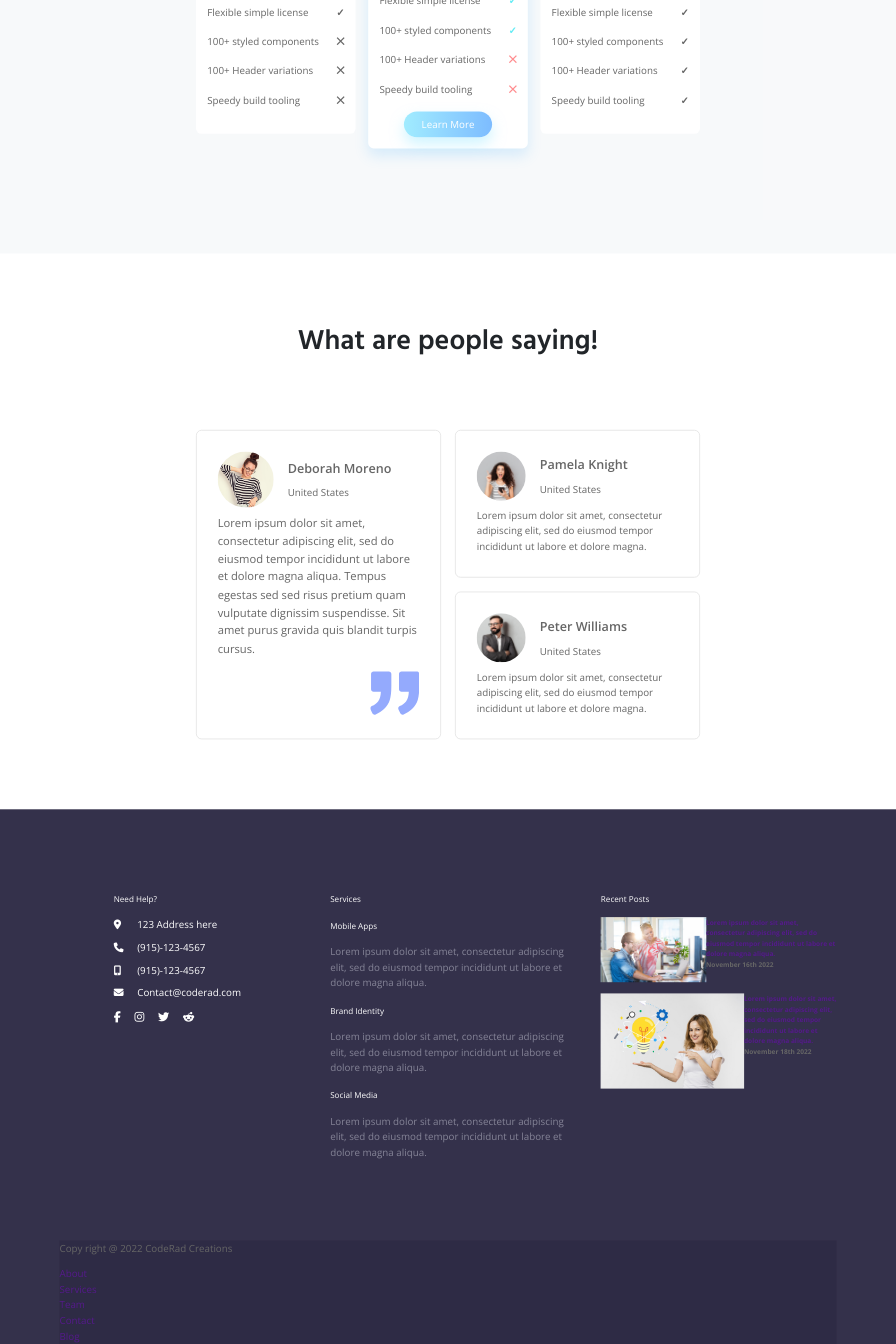
Repository: Sc-Juju/CodeRad
Page: index.html
An editor plug-in stored every save of this project. The page is shown before and after the next save, followed by the edit.
The browser window is 1280 px wide. The pictures show the part of the page from y = 2953 to 4873 px (the page is 4873 px tall), at 70% of full size.
Some web libraries are served in a nearby version.

Above is the page before, as saved 2022-11-16 13:54:26.

After the next save:
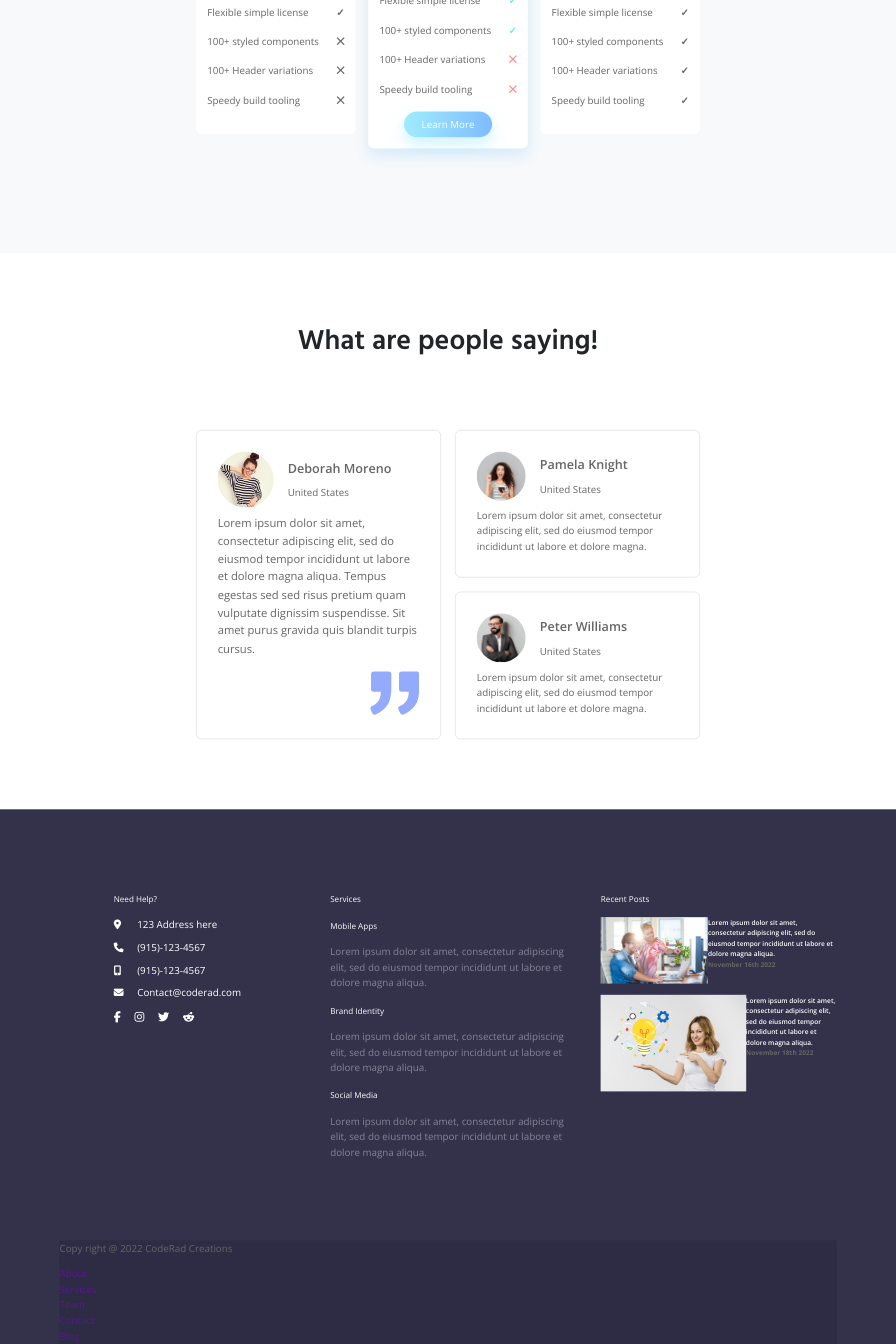
Saved 43 s later.
--- a/css/styles.css
+++ b/css/styles.css
@@ -305,6 +305,11 @@ footer .footer-col{justify-self: center;}
 
 .post-inner h6{ margin: 0; }
 
+.post-inner h6 a{
+    color: var(--white);
+    font-weight: 600;
+}
+
 .post-inner span{
     color: var(--font-color-light);
     font-size: var(--size-10);
